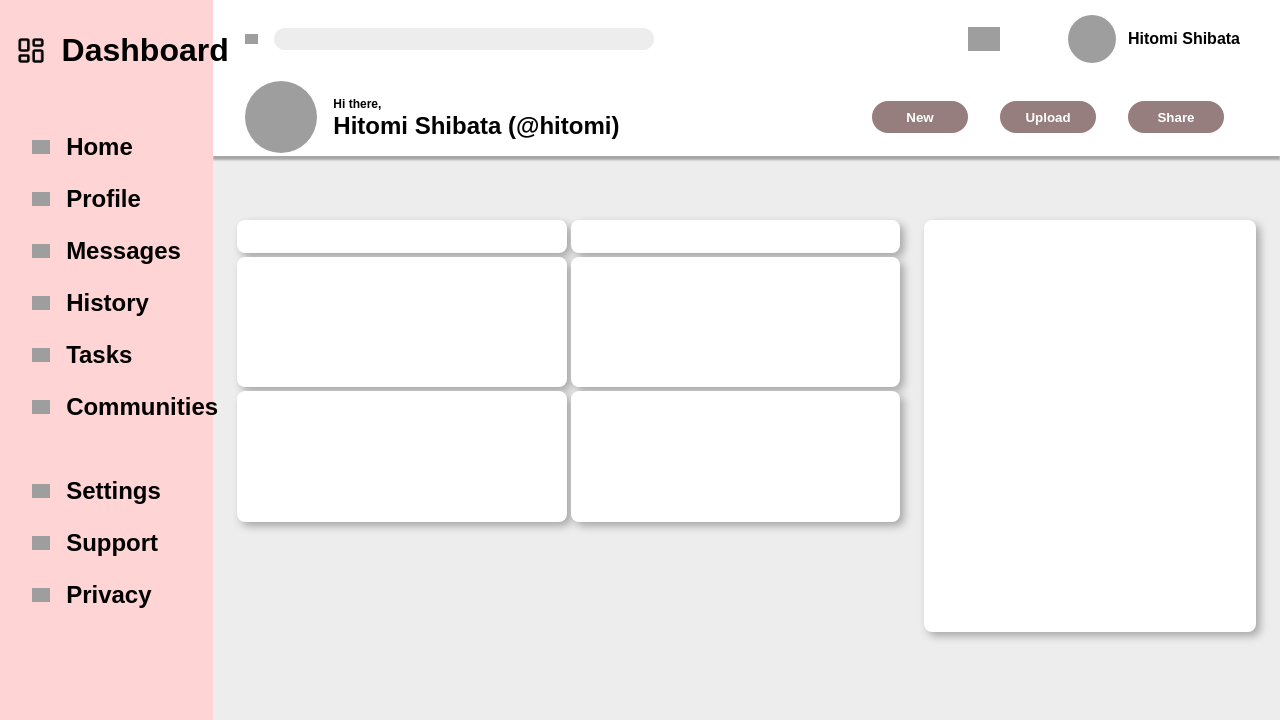
Repository: yeetzpxoci/dashboard
Page: index.html
These files come from the project's save history. The page is drawn as it stood at one moment and after the next save; the edit follows.
The browser window is 1280 px wide. The pictures show the whole page.
Pictures or frames that could not be fetched are drawn as grey boxes.

Above is the page before, as saved 2023-02-19 01:41:32.

After the next save:
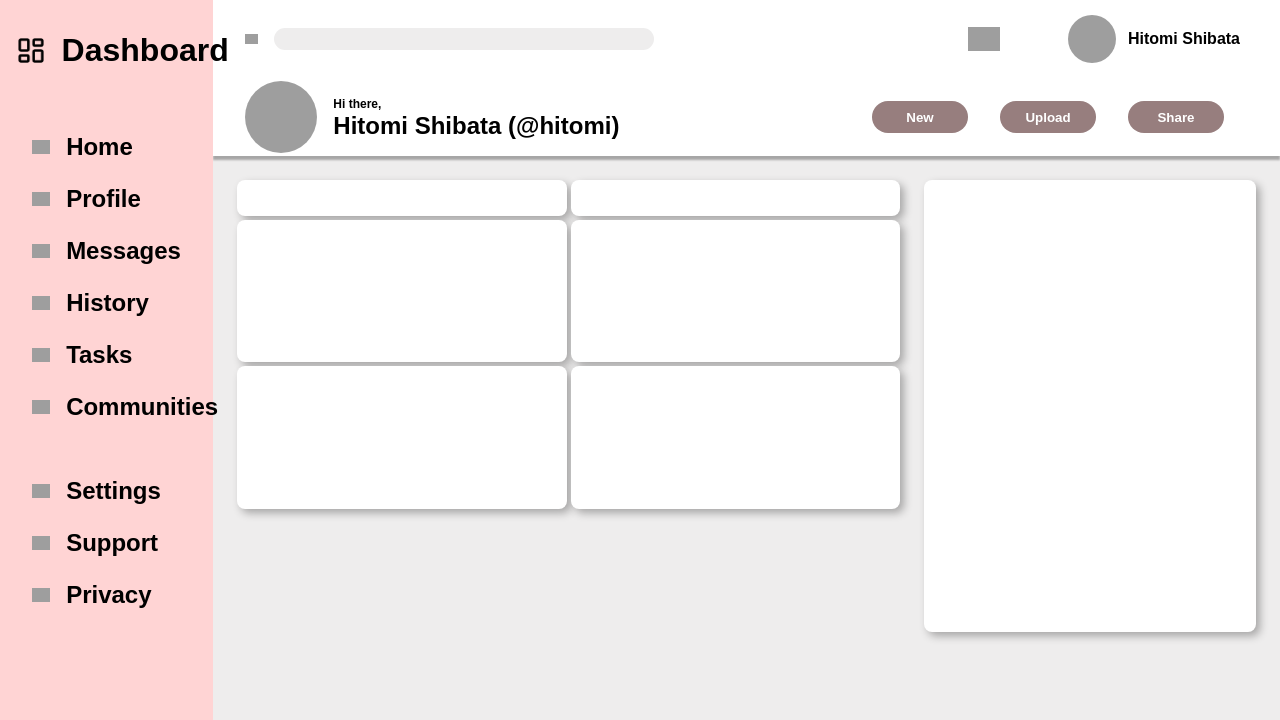
Saved 114 s later.
--- a/styles.css
+++ b/styles.css
@@ -153,7 +153,7 @@ button {
     grid-row: 2 / 3;
     padding-left: 24px;
     padding-right: 24px;
-    padding-top: 64px;
+    padding-top: 24px;
     padding-bottom: 64px;
     display: grid;
     grid-template-columns: 2fr 1fr;
